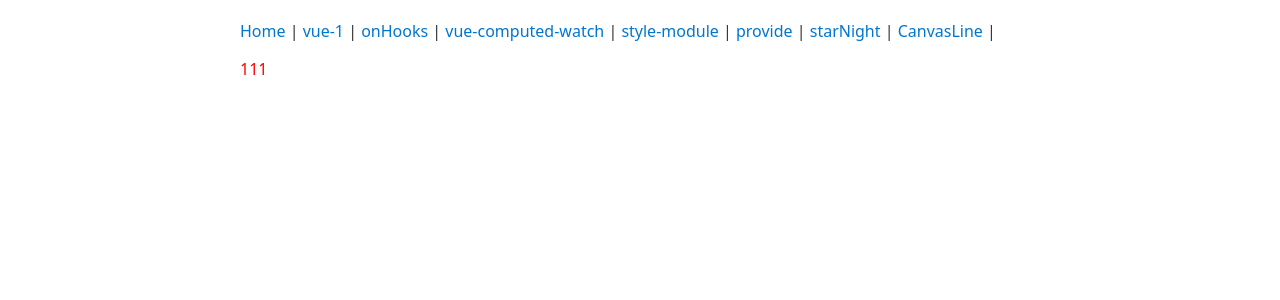
Repository: 596178924/vue3-ts-html
Page: /
An editor plug-in stored every save of this project. The page is shown before and after the next save, followed by the edit.
The browser window is 1280 px wide. The pictures show the whole page.
The project was rebuilt for these pictures with package versions that can differ from the ones it lists, and the page was loaded fresh each time. Also part of the build but not shown: vue.config.js.

Above is the page before, as saved 2022-02-15 15:29:21.

### public/index.html
<!DOCTYPE html>
<html lang="">
  <head>
    <meta charset="utf-8">
    <meta http-equiv="X-UA-Compatible" content="IE=edge">
    <meta name="viewport" content="width=device-width,initial-scale=1.0">
	<link rel="stylesheet" href="https://cdn.jsdelivr.net/npm/water.css@2/out/water.css">
    <link rel="icon" href="<%= BASE_URL %>favicon.ico">
    <title><%= htmlWebpackPlugin.options.title %></title>
  </head>
  <body>
    <noscript>
      <strong>We're sorry but <%= htmlWebpackPlugin.options.title %> doesn't work properly without JavaScript enabled. Please enable it to continue.</strong>
    </noscript>
    <div id="app"></div>
    <!-- built files will be auto injected -->
  </body>
</html>

### src/main.ts
import { createApp } from 'vue';
import App from './App.vue';
import router from './router';
import { createPinia } from 'pinia'
const app = createApp(App);
app.use(createPinia());
app.use(router);
app.mount('#app');

### src/App.vue
<template>
  <div id="nav">
    <router-link to="/">Home</router-link> |
    <router-link to="/vue-1">vue-1</router-link> |
    <router-link to="/onHooks">onHooks</router-link> |
    <router-link to="/vue-computed-watch">vue-computed-watch</router-link> |
    <router-link to="/style-module">style-module</router-link> |
    <router-link to="/provide">provide</router-link> |
    <router-link to="/starNight">starNight</router-link> |
    <router-link to="/CanvasLine">CanvasLine</router-link> |

  </div>
  <router-view/>
</template>

<style lang="scss">

</style>

### src/router/index.ts
import { createRouter, createWebHashHistory, RouteRecordRaw } from 'vue-router';

const routes: Array<RouteRecordRaw> = [
	{
		path: '/',
		name: 'Home',
		component: () => import('@/views/Home.vue')
	},
	{
		path: '/vue-1',
		name: 'vue-1',
		component: () => import('@/views/vue-1.vue')
	},
	{
		path: '/onHooks',
		name: 'onHooks',
		component: () => import('@/views/onHooks.vue')
	},
	{
		path: '/vue-computed-watch',
		name: 'vue-computed-watch',
		component: () => import('@/views/vue-computed-watch.vue')
	},
	{
		path: '/style-module',
		name: 'style-module',
		component: () => import('@/views/style-module.vue')
	},
	{
		path: '/provide',
		name: 'provide',
		component: () => import('@/views/provide.vue')
	},
	{
		path: '/starNight',
		name: 'starNight',
		component: () => import('@/views/starNight.vue')
	},
	{
		path: '/CanvasLine',
		name: 'CanvasLine',
		component: () => import('@/views/CanvasLine.vue')
	},

];

const router = createRouter({
	history: createWebHashHistory(),
	routes
});

export default router;

### src/views/Home.vue
<template>
	<div class="home">
		<p class="red">111</p>
	</div>
</template>

<script setup lang="ts" >
import { useStoreCounter } from "@/PiniaStore/counter"
const store = useStoreCounter();
console.log(store)

</script>
<style lang="scss" scoped>
.red {
	color: #ff0000;
}
</style>

### src/PiniaStore/counter.ts
import { defineStore } from "pinia"

export const useStoreCounter = defineStore('counter', {
	state: () => ({
		counter: 0,
		name: 'pinia',
		isAdmin: true
	}),
	getters:{
		doubleCounter:({counter})=> counter * 2
	},
	actions:{
		increment() {
			this.counter++;
		},
		randomizeCounter() {
			this.counter = Math.round(100 * Math.random())
		}
	}
})

After the next save:
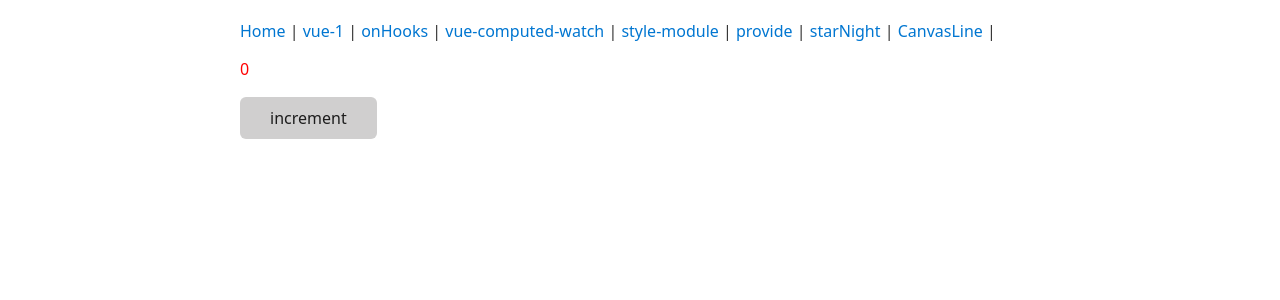
Saved 51 s later.
--- a/src/views/Home.vue
+++ b/src/views/Home.vue
@@ -1,12 +1,15 @@
 <template>
 	<div class="home">
-		<p class="red">111</p>
+		<p class="red">{{counter}}</p>
+		<button @click="increment">increment</button>
 	</div>
 </template>
 
 <script setup lang="ts" >
 import { useStoreCounter } from "@/PiniaStore/counter"
 const store = useStoreCounter();
+console.log(store)
+let {counter,increment} = store;
 console.log(store)
 
 </script>
